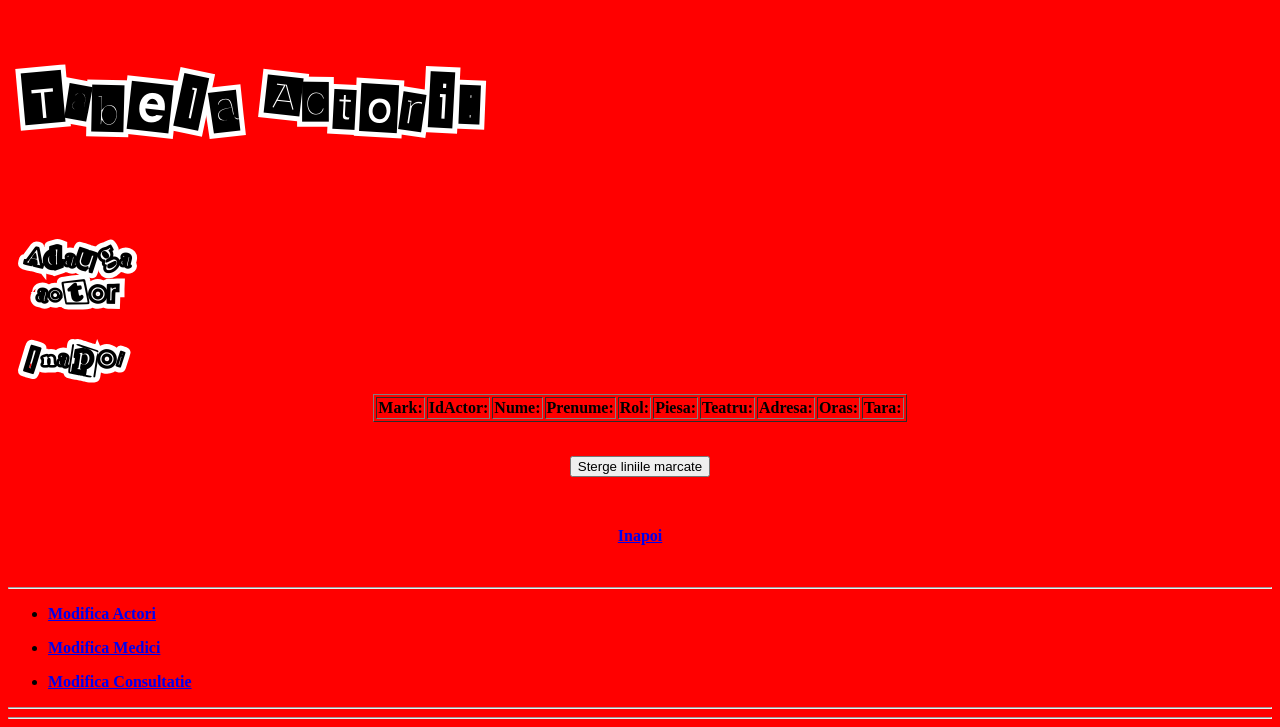
Repository: SusStefan/ActorDB
Page: http://localhost/Actori/tabela_actori.jsp
These files come from the project's save history. The page is drawn as it stood at one moment and after the next save; the edit follows.
The browser window is 1280 px wide. The pictures show the whole page.
The page is served by Tomcat 9. Queries for data that is not in the repository find no rows.

Above is the page before, as saved 2025-12-12 23:22:13.
Console error: TypeError: Cannot set properties of null (setting 'innerHTML')

### Actori/src/main/webapp/tabela_actori.jsp
<%@ page language="java" contentType="text/html; charset=UTF-8" pageEncoding="UTF-8"%>
<%@ page language="java" import="java.lang.*,java.math.*,db.*,java.sql.*, java.io.*, java.util.*"%>
<!DOCTYPE html PUBLIC "-//W3C//DTD HTML 4.01 Transitional//EN" "http://www.w3.org/TR/html4/loose.dtd">
<html>
 <head>
 <meta http-equiv="Content-Type" content="text/html; charset=UTF-8">
 <title>Tabela Actori</title>
 </head>
 <jsp:useBean id="jb" scope="session" class="db.JavaBean" />
 <jsp:setProperty name="jb" property="*" />
 <body>
  <div id="butholder">
 <h1 align="center" id="titlu"> Tabela Actori:</h1>
 <br/>

<a href="adauga_actor.jsp">
<div class="cssbutton "id="Butactori"><b class="sway-text"><strong>Adauga actor</strong></b></div>
</a>
 <a href="index.html">
<div class="cssbutton "id="Butactori"><b class="sway-text"><strong>Inapoi</strong></b></div>
</a>
</div>
 <form action="sterge_Pacient.jsp" method="post">
 <table border="1" align="center">
 <tr>
 <td><b>Mark:</b></td>
 <td><b>IdActor:</b></td>
 <td><b>Nume:</b></td>
 <td><b>Prenume:</b></td>
 <td><b>Rol:</b></td>
 <td><b>Piesa:</b></td>
 <td><b>Teatru:</b></td>
 <td><b>Adresa:</b></td>
 <td><b>Oras:</b></td>
 <td><b>Tara:</b></td>
 </tr>
 <%
 jb.connect();
 ResultSet rs = jb.vedeActori();
 long x;
 while (rs.next()) {
 x = rs.getInt("idactor");
 %>
 <tr>
 <td><input type="checkbox" name="primarykey" value="<%= x%>" /></td><td><%= x%></td>
 <td><%= rs.getString("nume")%></td>
 <td><%= rs.getString("prenume")%></td>
 <td><%= rs.getString("rol")%></td>
 <td><%= rs.getString("piesa")%></td>
  <td><%= rs.getString("teatru")%></td>
  <td><%= rs.getString("adresa")%></td>
  <td><%= rs.getString("oras")%></td>
  <td><%= rs.getString("tara")%></td>
 <%
 }
 %>
 </tr>
 </table><br/>
 <p align="center">
 <input type="submit" value="Sterge liniile marcate">
 </p>
 </form>
 <%
 rs.close();
 jb.disconnect();
 %>
 <br/>
 <p align="center">
 <a href="index.html"><b>Inapoi</b></a>
 <br/>
 </p>
 <br/>
 <hr>
 <ul>
 <li><a href="modifica_Pacient.jsp"><b><strong>Modifica Actori</strong></b></a></li>
 </ul>
 <ul>
 <li><a href="modifica_Medic.jsp"><b><strong>Modifica Medici</strong></b></a></li>
 </ul>
 <ul>
 <li><a href="modifica_Consultatie.jsp"><b><strong>Modifica Consultatie</strong></b></a></li>
 </ul>
 <hr>
 <hr>
 </body>
  <style>

 @font-face {
  font-family: 'Persona';            /* You give it a nickname here */
  src: url('./assets/earwig_factory/pers.ttf') format('truetype'); /* Point to the file */
  font-weight: normal;
  font-style: normal;
}

 @font-face {
  font-family: 'Persona2';            /* You give it a nickname here */
  src: url('./assets/earwig_factory/persona.otf') format('opentype'); /* Point to the file */
  font-weight: normal;
  font-style: normal;
}
 @font-face {
  font-family: 'clock';            /* You give it a nickname here */
  src: url('./assets/earwig_factory/p5hatty.ttf') format('truetype'); /* Point to the file */
  font-weight: normal;
  font-style: normal;
}
 body{
 background-color: red;
 }
 .sway-text{
 color:black;
 font-size:300%;
 font-family:Persona;

 }
 #butholder
 {
 display:flex;
flex-direction: column;
 padding:10px;
 justify-content:center;
 gap:20px;
 }
 #titlu{
 text-align:left;
 font-family: Persona2;
 paint-order: stroke fill;
 color:black;
-webkit-text-stroke: 10px white;
 font-size:400%;
 }
  .time{

 font-family: clock;
 paint-order: stroke fill;
 color:white;
-webkit-text-stroke: 30px black;

 }
 #hms{ position:absolute;
  font-size:1000%;
  top:-13%;
  right:6%;
 }
#day{ position:absolute;
right:3%;
 font-size:400%;
transform: rotate(-10deg);
 }
 #month{ position:absolute;
right:13%;
top:-2%;
 font-size:500%;
 transform: rotate(10deg);
 }
 .cssbutton
 {
 width:5%;
 height:70%;
 background-color:red;
 padding:5px;
 text-align: center;
 }
 #inapoi
 {

 }


 .sway-text {
  display: inline-block; /* Required for transform to work on text spans */
  transition: color 0.3s; /* Optional: smooth color change */
  cursor: default;
   paint-order: stroke fill;
 color:black;
-webkit-text-stroke: 10px white;
 font-size:200%;
}

 @keyframes sway {
  0% { transform: rotate(0deg); }
  25% { transform: rotate(5deg); }
  50% { transform: rotate(0deg); }
  75% { transform: rotate(-5deg); }
  100% { transform: rotate(0deg); }
}

 .cssbutton:hover
 {
  background-color:white;
  border: 3px solid black;
  animation: sway 2s ease-in-out infinite;
  }
 </style>
 <script>
 const weekday = ["Sunday","Monday","Tuesday","Wednesday","Thursday","Friday","Saturday"];
 let time = document.getElementById("hms");
 let day = document.getElementById("day");
 let month = document.getElementById("month");
 let d= new Date();
 time.innerHTML = d.getDate();
 month.innerHTML = d.getMonth()+1+"/";
 day.innerHTML = weekday[d.getDay()];


 </script>
</html>

### Actori/src/main/java/db/JavaBean.java
/*
 * Curs3_Eclipse - Valentin Pupezescu
 */
package db;
import java.math.BigDecimal;
import java.sql.*;
/**
 *
 * @author vali
 */
public class JavaBean {
	String error;
	Connection con;
	public JavaBean() {
	}
	public void connect() throws ClassNotFoundException, SQLException, Exception {
		try {
			Class.forName("com.mysql.cj.jdbc.Driver");
			con = DriverManager.getConnection("jdbc:mysql://localhost:3306/actori?useSSL=false", "root", "2005");
		} catch (ClassNotFoundException cnfe) {
			error = "ClassNotFoundException: Nu s-a gasit driverul bazei de date.";
			throw new ClassNotFoundException(error);
		} catch (SQLException cnfe) {
			error = "SQLException: Nu se poate conecta la baza de date.";
			throw new SQLException(error);
		} catch (Exception e) {
			error = "Exception: A aparut o exceptie neprevazuta in timp ce se stabilea legatura la baza de date.";
			throw new Exception(error);
		}
	} // connect()
	public void disconnect() throws SQLException {
		try {
			if (con != null) {
				con.close();
			}
		} catch (SQLException sqle) {
			error = ("SQLException: Nu se poate inchide conexiunea la baza de date.");
			throw new SQLException(error);
		}
	} // disconnect()
	public void adaugaOras(String Nume, String Tara)
			throws SQLException, Exception {
		if (con != null) {
			try {
				// creaza un "prepared SQL statement"
				Statement stmt;
				stmt = con.createStatement();
				stmt.executeUpdate("insert into orase(nume,tara) values('" +Nume
		+ "' , '" + Tara + "');");
			} catch (SQLException sqle) {
				error = "ExceptieSQL: Reactualizare nereusita; este posibil sa existe duplicate.";
				throw new SQLException(error);
			}
		} else {
			error = "Exceptie: Conexiunea cu baza de date a fost pierduta.";
			throw new Exception(error);
		}
	} // end of adaugaPacient()

	public void adaugateatru(String Nume, String Descriere, String Adresa, long Oras)
			throws SQLException, Exception {
		if (con != null) {
			try {
				// creaza un "prepared SQL statement"
				Statement stmt;
				stmt = con.createStatement();
				stmt.executeUpdate("insert into teatre(nume,descriere,adresa,idoras) values('" + Nume +
						"' , '" + Descriere + "', '" + Adresa + "', '" + Oras + "');");
			} catch (SQLException sqle) {
				error = "ExceptieSQL: Reactualizare nereusita; este posibil sa existe duplicate.";
				throw new SQLException(error);
			}
		} else {
			error = "Exceptie: Conexiunea cu baza de date a fost pierduta.";
			throw new Exception(error);
		}
	}

			public void adaugaactori(String Nume, String Prenume, String Rol, String Piesa, double Salariu, long Teatre)
					throws SQLException, Exception {
				if (con != null) {
					try {
						Statement stmt;
						stmt = con.createStatement();
						stmt.executeUpdate("insert into actori(nume,prenume,rol,piesa,salariu,idteatru) values('" + Nume +
								"' , '" + Prenume + "', '" + Rol + "', '" + Piesa + "', '" + Salariu + "', '" + Teatre
								+ "');");
					} catch (SQLException sqle) {
						error = "ExceptieSQL: Reactualizare nereusita; este posibil sa existe duplicate.";
						throw new SQLException(error);
					}
				} else {
					error = "Exceptie: Conexiunea cu baza de date a fost pierduta.";
					throw new Exception(error);
				}
			}

	public ResultSet vedeOrase() throws SQLException, Exception {
	    ResultSet rs = null;
	    try {
	        // Simple query to select the ID and Name of all cities
	        String queryString = "SELECT idoras, nume FROM orase ORDER BY nume";
	        Statement stmt = con.createStatement();
	        rs = stmt.executeQuery(queryString);
	    } catch (SQLException sqle) {
	        error = "SQLException: Interogarea oraselor nu a fost posibila.";
	        throw new SQLException(error);
	    } catch (Exception e) {
	        error = "A aparut o exceptie in timp ce se extrageau orasele.";
	        throw new Exception(error);
	    }
	    return rs;
	}

	public ResultSet vedeTabela(String tabel) throws SQLException, Exception {
		ResultSet rs = null;
		try {
			String queryString = ("select * from `actori`.`" + tabel + "`;");
			Statement stmt = con.createStatement(/*ResultSet.TYPE_SCROLL_INSENSITIVE,
ResultSet.CONCUR_READ_ONLY*/);
			rs = stmt.executeQuery(queryString);
		} catch (SQLException sqle) {
			error = "SQLException: Interogarea nu a fost posibila.";
			throw new SQLException(error);
		} catch (Exception e) {
			error = "A aparut o exceptie in timp ce se extrageau datele.";
			throw new Exception(error);
		}
		return rs;
	} // vedeTabela()
	public ResultSet vedeTeatre() throws SQLException, Exception {
		ResultSet rs = null;
		try {
			String queryString = ("select t.idteatru as idteatru"
					+ ",t.nume as nume,"
					+ "t.descriere as descriere,"
					+ "t.adresa as adresa,o.nume as oras,o.tara as tara from teatre t inner join orase o using(idoras)");
		    Statement stmt = con.createStatement(/*ResultSet.TYPE_SCROLL_INSENSITIVE,
ResultSet.CONCUR_READ_ONLY*/);
			rs = stmt.executeQuery(queryString);
		} catch (SQLException sqle) {
			error = "SQLException: Interogarea nu a fost posibila.";
			throw new SQLException(error);
		} catch (Exception e) {
			error = "A aparut o exceptie in timp ce se extrageau datele.";
			throw new Exception(error);
		}
		return rs;
	} // vedeConsultatie()

	public ResultSet vedeActori() throws SQLException, Exception {
		ResultSet rs = null;
		try {
			String queryString = ("SELECT a.idactor AS idactor, " +
			           "a.nume AS nume, " +
			           "a.prenume AS prenume, " +
			           "a.rol AS rol, " +
			           "a.piesa AS piesa, " +
			           "a.salariu AS salariu, " +
			           "t.nume AS teatru, " +
			           "t.adresa AS adresa, " +
			           "o.nume AS oras, " +
			           "o.tara AS tara " +
			    "FROM actori a, teatre t, orase o " +
			    "WHERE a.idteatru = t.idteatru AND t.idoras = o.idoras" // Correct join conditions
			);
		    Statement stmt = con.createStatement(/*ResultSet.TYPE_SCROLL_INSENSITIVE,
ResultSet.CONCUR_READ_ONLY*/);
			rs = stmt.executeQuery(queryString);
		} catch (SQLException sqle) {
			error = "SQLException: Interogarea nu a fost posibila.";
			throw new SQLException(error);
		} catch (Exception e) {
			error = "A aparut o exceptie in timp ce se extrageau datele.";
			throw new Exception(error);
		}
		return rs;
	}

	public void stergeDateTabela(String[] primaryKeys, String tabela, String dupaID) throws
	SQLException, Exception {
		if (con != null) {
			try {
				// creaza un "prepared SQL statement"
				long aux;
				PreparedStatement delete;
				delete = con.prepareStatement("DELETE FROM " + tabela + " WHERE " + dupaID + "=?;");
				for (int i = 0; i < primaryKeys.length; i++) {
					aux = java.lang.Long.parseLong(primaryKeys[i]);
					delete.setLong(1, aux);
					delete.execute();
				}
			} catch (SQLException sqle) {
				error = "ExceptieSQL: Reactualizare nereusita; este posibil sa existe duplicate.";
				throw new SQLException(error);
			} catch (Exception e) {
				error = "A aparut o exceptie in timp ce erau sterse inregistrarile.";
				throw new Exception(error);
			}
		} else {
			error = "Exceptie: Conexiunea cu baza de date a fost pierduta.";
			throw new Exception(error);
		}
	} // end of stergeDateTabela()
	public void stergeTabela(String tabela) throws SQLException, Exception {
		if (con != null) {
			try {
				// creaza un "prepared SQL statement"
				Statement stmt;
				stmt = con.createStatement();
				stmt.executeUpdate("delete from " + tabela + ";");
			} catch (SQLException sqle) {
				error = "ExceptieSQL: Stergere nereusita; este posibil sa existe duplicate.";
				throw new SQLException(error);
			}
		} else {
			error = "Exceptie: Conexiunea cu baza de date a fost pierduta.";
			throw new Exception(error);
		}
	} // end of stergeTabela()
	public void modificaTabela(String tabela, String IDTabela, int ID, String[] campuri, String[]
			valori) throws SQLException, Exception {
		String update = "update " + tabela + " set ";
		String temp = "";
		if (con != null) {
			try {
				for (int i = 0; i < campuri.length; i++) {
					if (i != (campuri.length - 1)) {
						temp = temp + campuri[i] + "='" + valori[i] + "', ";
					} else {
						temp = temp + campuri[i] + "='" + valori[i] + "' where " + IDTabela + "= '" + ID + "';";
					}
				}
				update = update + temp;
				// creaza un "prepared SQL statement"
				Statement stmt;
				stmt = con.createStatement();
				stmt.executeUpdate(update);
			} catch (SQLException sqle) {
				error = "ExceptieSQL: Reactualizare nereusita; este posibil sa existe duplicate.";
				throw new SQLException(error);
			}
		} else {
			error = "Exceptie: Conexiunea cu baza de date a fost pierduta.";
			throw new Exception(error);
		}
	}
	public void modificaActor(int idActor, String Nume, String Prenume, String Rol, String Piesa, BigDecimal Salariu, long idTeatru)
		    throws SQLException, Exception {

		    if (con == null || con.isClosed()) {
		        throw new Exception("Exceptie: Conexiunea cu baza de date a fost pierduta.");
		    }
		    String sql = "UPDATE actori SET nume=?, prenume=?, rol=?, piesa=?, salariu=?, idteatru=? WHERE idactor=?";

		    try (PreparedStatement ps = con.prepareStatement(sql)) {
		        ps.setString(1, Nume);
		        ps.setString(2, Prenume);
		        ps.setString(3, Rol);
		        ps.setString(4, Piesa);
		        ps.setBigDecimal(5, Salariu); // Sets DECIMAL type securely
		        ps.setLong(6, idTeatru);      // Sets LONG/INT type securely
		        ps.setInt(7, idActor);         // WHERE clause ID

		        ps.executeUpdate();
		    } catch (SQLException sqle) {
		        throw new SQLException("ExceptieSQL: Reactualizare nereusita. Va rugam verificati log-urile.", sqle);
		    }
		}
	public ResultSet intoarceLinie(String tabela, int ID) throws SQLException, Exception {
		ResultSet rs = null;
		try {
			// Executa interogarea
			String queryString = ("SELECT * FROM " + tabela + " where idpacient=" + ID + ";");
			Statement stmt = con.createStatement(ResultSet.TYPE_SCROLL_INSENSITIVE,
					ResultSet.CONCUR_READ_ONLY);
			rs = stmt.executeQuery(queryString); //sql exception
		} catch (SQLException sqle) {
			error = "SQLException: Interogarea nu a fost posibila.";
			throw new SQLException(error);
		} catch (Exception e) {
			error = "A aparut o exceptie in timp ce se extrageau datele.";
			throw new Exception(error);
		}
		return rs;
	} // end of intoarceLinie()
	public ResultSet intoarceLinieDupaId(String tabela, String denumireId, int ID) throws
	SQLException, Exception {
		ResultSet rs = null;
		try {
			// Executa interogarea
			String queryString = ("SELECT * FROM " + tabela + " where " + denumireId + "=" + ID
					+ ";");
			Statement stmt = con.createStatement(ResultSet.TYPE_SCROLL_INSENSITIVE,
					ResultSet.CONCUR_READ_ONLY);
			rs = stmt.executeQuery(queryString); //sql exception
		} catch (SQLException sqle) {
			error = "SQLException: Interogarea nu a fost posibila.";
			throw new SQLException(error);
		} catch (Exception e) {
			error = "A aparut o exceptie in timp ce se extrageau datele.";
			throw new Exception(error);
		}
		return rs;
	} // end of intoarceLinieDupaId()
	public ResultSet intoarceConsultatieId(int ID) throws SQLException, Exception {
		ResultSet rs = null;
		try {
			// Executa interogarea
			String queryString = ("SELECT a.Nume NumePacient, a.Prenume PrenumePacient, a.Adresa,b.Nume NumeMedic, b.Prenume PrenumeMedic, b.Sectie, c.idconsultatie, c.idmedic idmedic_consult,c.idpacient idpacient_consult, dataconsultatie, diagnostic, medicament FROM pacienti a, medici b,consultatie c WHERE a.idpacient = c.idpacient AND b.idmedic = c.idmedic and idconsultatie = '" +ID + "';");
			Statement stmt = con.createStatement(ResultSet.TYPE_SCROLL_INSENSITIVE,
					ResultSet.CONCUR_READ_ONLY);
			rs = stmt.executeQuery(queryString); //sql exception
		} catch (SQLException sqle) {
			error = "SQLException: Interogarea nu a fost posibila.";
			throw new SQLException(error);
		} catch (Exception e) {
			error = "A aparut o exceptie in timp ce se extrageau datele.";
			throw new Exception(error);
		}
		return rs;
	} // end of intoarceLinieDupaId()
}

After the next save:
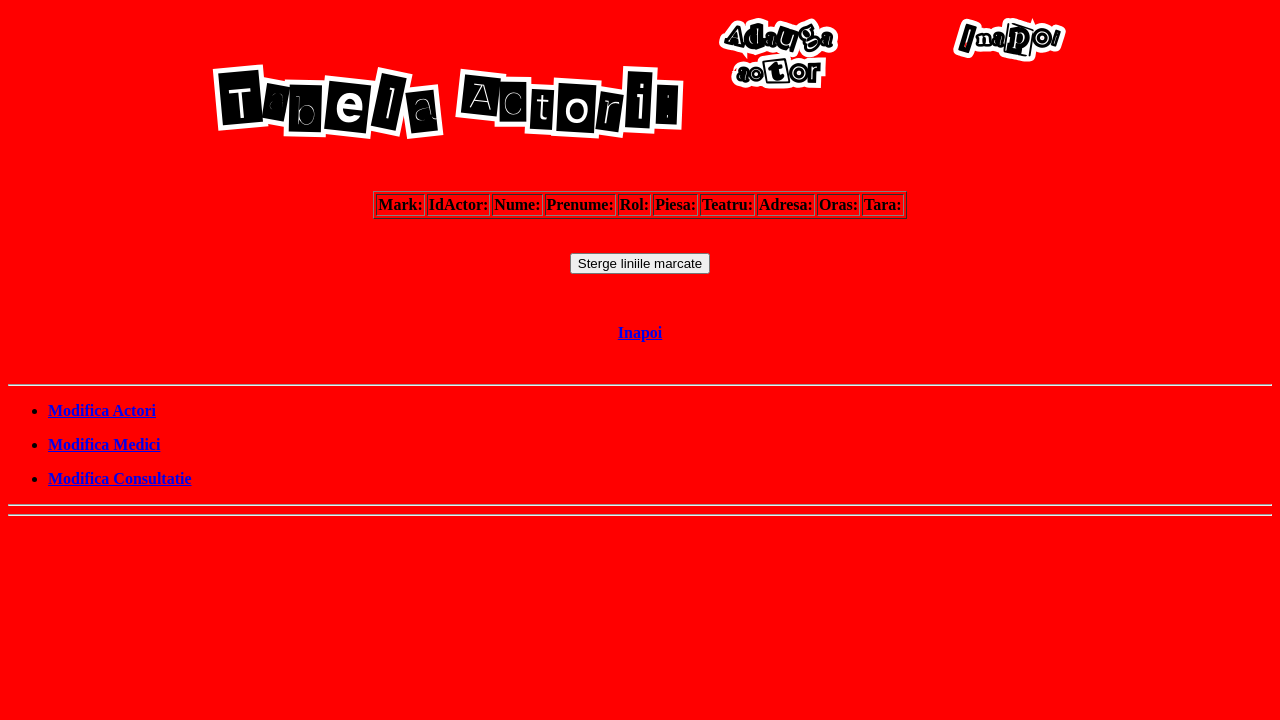
Saved 9 s later.
--- a/Actori/src/main/webapp/tabela_actori.jsp
+++ b/Actori/src/main/webapp/tabela_actori.jsp
@@ -116,7 +116,7 @@
  #butholder
  {
  display:flex;
-flex-direction: column;
+flex-direction: row;
  padding:10px;
  justify-content:center;
  gap:20px;
